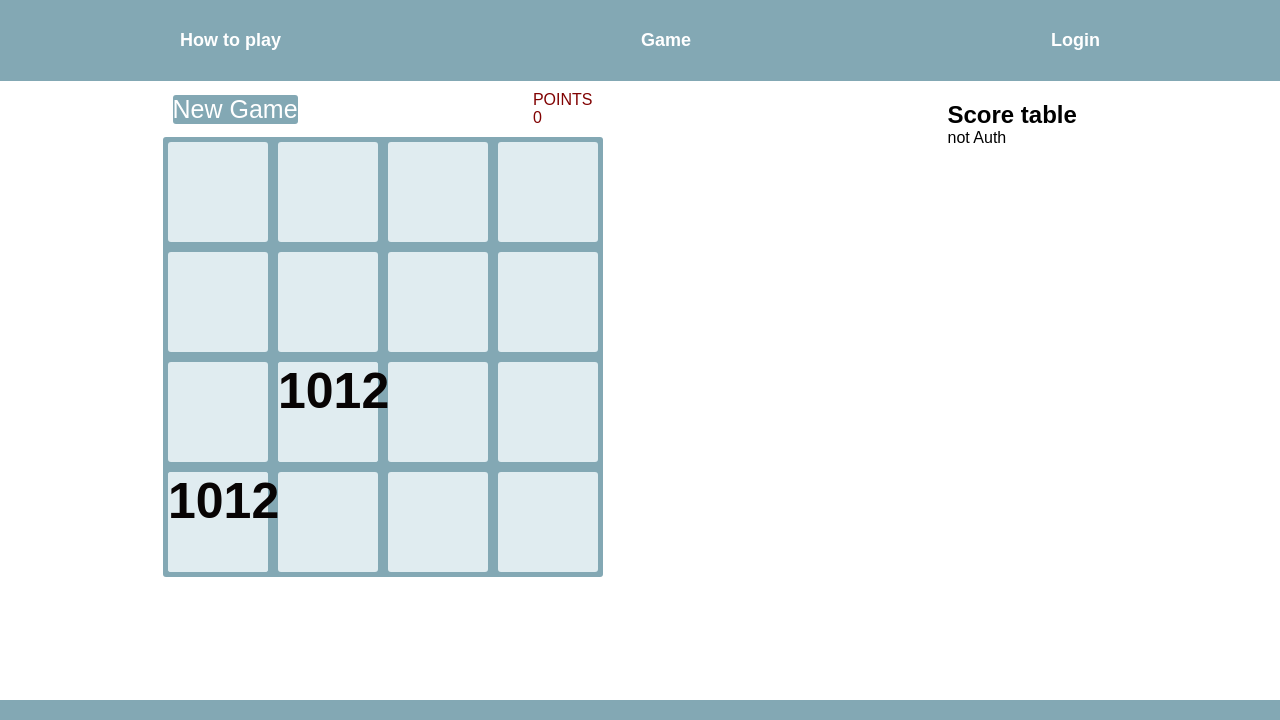
Repository: nika-otter/2048
Page: / (app in client/)
An editor plug-in stored every save of this project. The page is shown before and after the next save, followed by the edit.
The browser window is 1280 px wide. The pictures show the whole page.
The project was rebuilt for these pictures with package versions that can differ from the ones it lists, and the page was loaded fresh each time. Also part of the build but not shown: client/src/components/Login/LoginForm.js, client/src/pages/account/index.jsx, client/src/components/Game/GameOverlay.jsx, client/src/components/InstructionPage/InstructionPage.module.scss, client/src/components/HowToPlay/howtoplay.module.scss, client/src/components/HowToPlay/howtoplay.jsx, client/src/components/InstructionPage/InstructionPage.jsx, client/src/pages/Instruction/index.jsx and 4 more.

Above is the page before, as saved 2023-05-01 16:52:21.

### client/src/index.js
import React from "react";
import ReactDOM from "react-dom/client";
import "./index.css";
import App from "./App";
import { BrowserRouter } from "react-router-dom";
import Store from "./store/store";

const store = new Store();

export const Context = React.createContext({
  store,
});

const root = ReactDOM.createRoot(document.getElementById("root"));
root.render(
  <Context.Provider value={{ store }}>
    <BrowserRouter>
      <App />
    </BrowserRouter>
  </Context.Provider>
);

### client/src/index.css
* {
  box-sizing: border-box;
  margin: 0;
  padding: 0;
}
#root {
  width: 100vw;
  height: 100%;
}

body {
  /* background-color: #ffffff;
  display: flex;
  justify-content: center;
  align-items: center;*/
  /* height: 100vh; */
  height: 100%;
}
html {
  height: 100%;
}
code {
  font-family: source-code-pro, Menlo, Monaco, Consolas, "Courier New",
    monospace;
}

### client/src/App.js
import { useContext, useEffect, useState } from "react";
import "./App.css";
import LoginForm from "./components/Login/LoginForm";
import AppRouter from "./router/AppRouter";
import { Context } from "./index";
import { observer } from "mobx-react-lite";
import UserService from "./services/UserService";
function App() {
  // const { store } = useContext(Context);
  // const [users, setUsers] = useState([]);
  // useEffect(() => {
  //   if (localStorage.getItem("token")) {
  //     // console.log(localStorage.getItem("token"));
  //     store.checkAuth();
  //   }
  // }, []);

  // if (store.isLoading) {
  //   return <div>Loading...</div>;
  // }
  // async function getUsers() {
  //   try {
  //     const response = await UserService.fetchUsers();
  //     setUsers(response.data);
  //     console.log(response);
  //     setUsers(response.data);
  //   } catch {}
  // }
  return (
    <div className="App">
      <AppRouter />
      {/* <h1>{store.isAuth ? `User: ${store.user.email}` : "Not Auth"}</h1>
      <h1>
        {" "}
        {store.user.isActivated ? `Activated` : "Go and activate your email"}
      </h1>
      <button onClick={() => store.logout()}>Logout</button>
      <button onClick={getUsers}>Get users</button>
      {users.map((user) => (
        <div key={user.email}>{user.email}</div>
      ))}      */}
      {/* <LoginForm /> */}
    </div>
  );
}

export default observer(App);

### client/src/store/store.js
import { makeAutoObservable } from "mobx";
import AuthService from "../services/AuthService";
import axios from "axios";
import { API_URL } from "../http";
import UserService from "../services/UserService";

export default class Store {
  user = {};
  isAuth = false;
  isLoading = false;
  scores = {};
  constructor() {
    makeAutoObservable(this);
  }
  setAuth(bool) {
    this.isAuth = bool;
  }
  setUser(user) {
    this.user = user;
  }

  setLoading(bool) {
    this.isLoading = bool;
  }

  setScores(scores) {
    this.scores = scores;
  }

  async login(email, password) {
    console.log("login");
    try {
      const response = await AuthService.login(email, password);
      console.log(response);
      localStorage.setItem("token", response.data.accessToken);
      this.setAuth(true);
      this.setUser(response.data.user);
      console.log(response.data.user);
    } catch (e) {
      console.log(e.response?.data?.message);
    }
  }

  async registration(email, password) {
    try {
      const response = await AuthService.registration(email, password);
      console.log(response);
      localStorage.setItem("token", response.data.accessToken);
      this.setAuth(true);
      this.setUser(response.data.user);
    } catch (e) {
      console.log(e.response?.data?.message);
    }
  }

  async logout() {
    try {
      const response = await AuthService.logout();
      console.log(response);
      localStorage.removeItem("token", response.data.accessToken);
      this.setAuth(false);
      this.setUser({});
    } catch (e) {
      console.log(e.response?.data?.message);
    }
  }

  async checkAuth() {
    console.log("checkAuth");
    this.setLoading(true);
    try {
      const response = await axios.get(`${API_URL}/refresh`, {
        withCredentials: true,
      });
      console.log(response, "response checkAuth");
      console.log(
        response.data.accessToken,
        "response.data.accessToken checkAuth"
      );
      localStorage.setItem("token", response.data.accessToken);

      this.setAuth(true);
      this.setUser(response.data.user);
    } catch (e) {
      console.log(e.response?.data?.message);
    } finally {
      this.setLoading(false);
    }
  }

  async saveScore(email, score) {
    try {
      const response = await UserService.updateScore(email, score);
      //   this.scores = response.data.user.scores;
      console.log(response.data.user.scores);
    } catch (e) {
      console.log(e.response?.data?.message);
    }
  }
  async getScores(email) {
    this.setLoading(true);
    try {
      const response = await UserService.getScores(email);
      console.log(response, "response getScores store");
      this.setScores(response.data.user.scores);
      //   console.log(response.data.user.scores);
    } catch (e) {
      console.log(e.response?.data?.message);
    } finally {
      // this.setLoading(false);
    }
  }
}

### client/src/App.css
.App {
  /* position: relative; */
  display: flex;
  flex-direction: column;
  height: 100%;
  /* background-color: rgb(188, 121, 39); */
}
/* main {
  flex: 1 0 auto;
} */

### client/src/router/AppRouter.jsx
import { Routes, Route } from "react-router-dom";
import Account from "../pages/Account";
import Game from "../pages/Game";
import Instruction from "../pages/Instruction";
import Login from "../pages/Login";

const AppRouter = () => {
  return (
    <Routes>
      {/* <Route path="/game" element={<Game />} /> */}
      {/* <Route path="/account" element={<Account />} /> */}
      <Route path="/how-to-play" element={<Instruction />} />
      <Route path="/" element={<Game />} />
      <Route path="/login" element={<Login />} />
    </Routes>
  );
};

export default AppRouter;

### client/src/services/UserService.js
import $api from "../http";
export default class UserService {
  static fetchUsers() {
    return $api.get("/users");
  }

  static updateScore(email, score) {
    return $api.post(`/score`, { email, score });
  }

  static async getScores(email) {
    return $api.post(`/scores`, { email });
  }
}

### client/src/services/AuthService.js
import $api from "../http";
export default class AuthService {
  static async login(email, password) {
    return $api.post("/login", { email, password });
  }
  static async registration(email, password) {
    return $api.post("/registration", { email, password });
  }
  static async logout() {
    return $api.post("/logout");
  }
}

### client/src/http/index.js
import axios from "axios";

export const API_URL = "http://localhost:5000/api";

const $api = axios.create({
  withCredentials: true,
  baseURL: API_URL,
});

$api.interceptors.request.use((config) => {
  config.headers.Authorization = `Bearer ${localStorage.getItem("token")}`;
  return config;
});

$api.interceptors.response.use(
  (config) => {
    return config;
  },
  async (error) => {
    const originalRequest = error.config;
    if (
      error.response.status === 401 &&
      error.config &&
      !error.config._isRetry
    ) {
      originalRequest._isRetry = true;
      try {
        const response = await axios.get(`${API_URL}/refresh`, {
          withCredentials: true,
        });
        console.log(response, "response http");
        localStorage.setItem("token", response.data.accessToken);
        return $api.request(originalRequest);
      } catch (e) {
        console.log(e);
        console.log("НЕ АВТОРИЗОВАН");
      }
    }
    throw error;
  }
);
export default $api;

### client/src/pages/Game/index.jsx
import Header from "../../components/Header/Header";
import Footer from "../../components/Footer/Footer";
import GamePage from "../../components/GamePage/GamePage";

function Game() {
  return (
    <>
      <Header />
      <GamePage />
      <Footer />
    </>
  );
}

export default Game;

### client/src/components/Footer/Footer.jsx
import classes from "./Footer.module.scss";

function Footer() {
  return <footer className={classes.footer}></footer>;
}

export default Footer;

### client/src/components/Header/Header.jsx
import { Link } from "react-router-dom";
import classes from "./Header.module.scss";

function Header() {
  return (
    <header className={classes.header}>
      <Link className={classes.link} to="/how-to-play">
        How to play
      </Link>
      <Link className={classes.link} to="/">
        Game
      </Link>
      <Link className={classes.link} to="/login">
        Login
      </Link>
    </header>
  );
}

export default Header;

### client/src/components/GamePage/GamePage.jsx
import { Link } from "react-router-dom";
import classes from "./GamePage.module.scss";
import ScoreTable from "../ScoreTable/ScoreTable";
import BoardView from "../Game/Board";
import { observer } from "mobx-react-lite";
import { useContext, useEffect } from "react";
import { Context } from "../..";

function GamePage() {
  return (
    <main className={classes.main}>
      <div className={classes.gamepage}>
        <BoardView />
        <ScoreTable />
      </div>
    </main>
  );
}

export default observer(GamePage);

### client/src/components/Footer/Footer.module.scss
.footer {
  flex: 0 0 auto;
  height: 20px;
  background-color: rgb(131, 168, 180);
  width: 100%;
}

### client/src/components/Header/Header.module.scss
.header {
  display: flex;
  justify-content: space-around;
  background-color: #83a8b4;
  width: 100%;
}
.link {
  color: white;
  text-decoration: none;
  font-size: large;
  margin-top: 20px;
  margin-bottom: 20px;
  padding: 10px;
  font-weight: bold;
  border-radius: 5px;
  &:hover {
    color: rgb(106, 134, 144);
    background-color: rgb(255, 255, 255);
  }
}

### client/src/components/GamePage/GamePage.module.scss
.gamepage {
  display: flex;
  justify-content: space-around;
  //   background-color: aquamarine;
}
.main {
  flex: 1 0 auto;
}

### client/src/components/ScoreTable/ScoreTable.jsx
import { useContext, useEffect, useState } from "react";
import classes from "./ScoreTable.module.scss";
import { Context } from "../..";
import UserService from "../../services/UserService";
import { observer } from "mobx-react-lite";

function ScoreTable() {
  // const { store } = useContext(Context);
  // const [scores, setScores] = useState([]);

  // useEffect(() => {
  //   if (localStorage.getItem("token")) {
  //     console.log(localStorage.getItem("token"), "token from login index.jsx");
  //     store.checkAuth();
  //     getScores(store.user.email);
  //   }
  //   console.log(store.user.email, "store.user.email in ScoreTable.jsx");
  // }, []);

  // const getScores = async (email) => {
  //   console.log(email, "email in ScoreTable.jsx");
  //   try {
  //     const response = await UserService.getScores(email);
  //     setScores(response.data.scores, "response from getScores ScoreTable.jsx");
  //     console.log(response);
  //   } catch {
  //     console.log("Error");
  //   }
  // };
  // console.log(scores, "store.user in ScoreTable.jsx");

  const { store } = useContext(Context);
  // const [scores, setScores] = useState([]);
  // console.log(store.user.scores, "store.user from login index.jsx");
  useEffect(() => {
    if (localStorage.getItem("token")) {
      console.log(localStorage.getItem("token"), "token from login index.jsx");
      store.checkAuth();
    }
    console.log(store.user.email, "store.user.email in ScoreTable.jsx");
    // getScores(store.user.email);
  }, [store]);

  // async function getScores(email) {
  //   console.log(email, "email from getScores");
  //   try {
  //     const response = await UserService.getScores(email);
  //     // setUsers(response.data);
  //     console.log(response, "response from getScores");
  //     // console.log(response.data.data.user.scores, "response.data.user.scores");
  //     // setScores(response.data.scores);
  //   } catch (e) {
  //     console.log(e, "Error");
  //   }
  // }
  if (store.isLoading) {
    console.log(store.isLoading, "store.isLoading");
    return <div className={classes.loading}>Loading...</div>;
  }
  return (
    <div className={classes.scoretable}>
      <h2>Score table</h2>
      {/* <button onClick={() => getScores(store.user.email)}>Get scores</button> */}
      {/* {store.isAuth ? (
        scores.map((score) => <div key={score}>{score}</div>)
      ) : (
        <div>loading</div>
      )} */}
      <ul>
        {store.isAuth ? (
          store.user.scores
            .map((score) => ({
              score,
              id: Math.random(),
            }))
            .sort((a, b) => b.score - a.score)
            .slice(0, 10)
            .map((item) => <li key={item.id}>{item.score}</li>)
        ) : (
          <div>not Auth</div>
        )}
      </ul>

      {/* <button onClick={getScores}>dddmdmd</button> */}

      {/* {scores.map((score) => (
        <div>{score}</div>
      ))} */}
    </div>
  );
}

export default observer(ScoreTable);

### client/src/components/Game/Board.jsx
import React, { useContext, useEffect, useState } from "react";
import Tile from "./Tile";
import Cell from "./Cell";
import { Board } from "../../helper";
import useEvent from "../../hooks/useEvent";
import GameOverlay from "./GameOverlay";
import "./Board.scss";
import { Context } from "../..";
import UserService from "../../services/UserService";
const BoardView = () => {
  const { store } = useContext(Context);
  const [board, setBoard] = useState(new Board());

  // useEffect(() => {
  //   const checkAuth = async () => {
  //     if (localStorage.getItem("token")) {
  //       console.log(localStorage.getItem("token"), "token from login index.jsx");
  //       await store.checkAuth();
  //     }
  //   };
  //   checkAuth();
  //   console.log(store.user.email, "store.user.email in ScoreTable.jsx");
  //   // getScores(store.user.email);
  // }, [resetGame]);

  const handleKeyDown = (event) => {
    if (board.hasWon()) {
      return;
    } //потім вернути треба

    if (event.keyCode >= 37 && event.keyCode <= 40) {
      let direction = event.keyCode - 37;
      let boardClone = Object.assign(Object.create(board), board);
      // let boardClone = Object.assign(
      //   Object.create(Object.getPrototypeOf(board)),
      //   board
      // ); // теж саме що і вище
      let newBoard = boardClone.move(direction);
      setBoard(newBoard);
    }
  };

  useEvent("keydown", handleKeyDown);

  const cells = board.cells.map((row, rowIndex) => {
    return (
      <div key={rowIndex}>
        {row.map((col, colIndex) => {
          return <Cell key={rowIndex * board.size + colIndex} />;
        })}
      </div>
    );
  }); //робить клітинки нічого серйозного

  const tiles = board.tiles
    .filter((tile) => tile.value !== 0)
    .map((tile, index) => {
      return <Tile tile={tile} key={index} />;
    });

  const saveScore = async (email, score) => {
    try {
      const response = await UserService.updateScore(email, score);
      console.log(response, "response from saveScore ");
    } catch {
      console.log("Error");
    }
  };
  const resetGame = async () => {
    console.log(
      store.user.email,
      board.score,
      "store.user.email board.score from BoardView.jsx"
    );
    if (board.score > 0) {
      await saveScore(store.user.email, board.score);
      store.checkAuth();
    }
    setBoard(new Board());
  };

  return (
    <div>
      <div className="details-box">
        <div className="resetButton" onClick={resetGame}>
          New Game
        </div>
        <div className="score-box">
          <div className="score-header">POINTS</div>
          <div>{board.score}</div>
        </div>
      </div>
      <div className="board">
        {cells}
        {tiles}
        <GameOverlay onRestart={resetGame} board={board} />
      </div>
    </div>
  );
};

export default BoardView;

### client/src/components/ScoreTable/ScoreTable.module.scss
.scoretable {
  margin: 20px;
  width: 150px;
}
.loading {
  width: 150px;
  margin: 20px;
}

### client/src/components/Game/Tile.jsx
import React from "react";
// import classes from "./Board.scss";
import "./Board.scss";
// import "./styles.scss";

const Tile = ({ tile, id }) => {
  console.log("tile");
  let classArray = ["tile"];
  classArray.push("tile" + tile.value);
  if (!tile.mergedInto) {
    classArray.push(`position_${tile.row}_${tile.column}`);
  }
  if (tile.mergedInto) {
    classArray.push("merged");
  }
  if (tile.isNew()) {
    classArray.push("new");
  }

  if (tile.hasMoved()) {
    classArray.push(`row_from_${tile.fromRow()}_to_${tile.toRow()}`);
    classArray.push(`column_from_${tile.fromColumn()}_to_${tile.toColumn()}`);
    classArray.push("isMoving");
  }
  //   if (tile.isRandom()) {
  //     classArray.push("random");
  //   }

  let styles = classArray.join(" ");
  return <span className={styles}>{tile.value}</span>;
};

export default Tile;

### client/src/components/Game/Cell.jsx
import React from "react";

const Cell = ({ id }) => {
  return <span className="cell"></span>;
};

export default Cell;

### client/src/hooks/useEvent.jsx
import { useEffect } from "react";

export default function useEvent(event, handler, passive = false) {
  useEffect(() => {
    window.addEventListener(event, handler, passive);

    return function cleanUp() {
      window.removeEventListener(event, handler, passive);
    };
  });
}

### client/src/components/Game/Board.scss
// @font-face {
//   font-family: "Clear Sans";
//   src: url("../src/clear-sans.ttf") format("truetype");
// }

body {
  display: flex;
  //   background: rgb(2,0,36);
  // background: linear-gradient(90deg, rgba(2,0,36,1) 0%, rgba(87,64,124,1) 47%, rgba(0,212,255,1) 100%);
  //   color: white;
  // flex-direction: column;
  // justify-content: center;
  // align-content: center;
  // align-items: center;
  font-family: "Clear Sans", sans-serif;
  // font-size: 21px;
}

.text {
  // order: 2;
  // padding-top: 40px;
  // width: 440px;
  // font-weight: bold;
}
// main {
//   min-height: 90vh;
// }

// .wrapper {
//   display: flex;
//   flex-direction: column;
//   height: 100%;
// }
// .content {
//   flex: 1 0 auto;
// }
// .footer {
//   flex: 0 0 auto;
// }

.board {
  // order: 1;
  // display: inline-block;

  display: block;
  // justify-content: center;
  margin-left: auto;
  margin-right: auto;
  width: 440px;
  height: 440px;
  // padding: 5px; //вернути треба
  background-color: rgb(131, 168, 180);
  border-radius: 3px;
  // outline: none;
  position: relative;
}

// .board .cell,
// .tile {
//   // user-select: none;
//   // cursor: default;
// }

.details-box {
  display: flex;
  align-items: center;
  padding: 10px;
  justify-content: space-between;
}

.resetButton {
  background-color: rgb(131, 168, 180);
  color: rgb(255, 255, 255);
  cursor: pointer;
  font-size: 25px;
  // padding: 10px 20px;
  border-radius: 3px;
  transition: color 0.3s ease, background-color 0.3s ease;
  &:hover {
    background-color: rgb(131, 168, 180);
    color: rgba(255, 255, 255, 1);
  }
}

.score-header {
  font-size: 1rem;
}

.score-box {
  background-color: rgb(131, 168, 180) 6;
  color: rgb(129, 2, 2);
  // min-width: 50px;
  // width: 70px;
  // padding: 5px 15px;
  border-radius: 3px;
}

.cell,
.tile {
  // display: inline-block;
  width: 100px;
  height: 100px;
  margin: 5px;
  // line-height: 90px;
  display: inline-block;
  font-size: 50px;
  font-weight: bold;
  text-align: center;
  vertical-align: middle;
  border-radius: 3px;
  // font-family: "Clear Sans";
  color: rgb(8, 4, 4);
  background-color: rgb(224, 236, 240);
}

.tile0 {
  background-color: rgb(238, 247, 249);
}

.tile2 {
  background-color: rgb(224, 240, 245);
  // background-image: url(./assets/img/2.gif);
}

.tile4 {
  background-color: rgb(199, 221, 228);
  // background-image: url(./assets/img/4.gif);
}

.tile8 {
  background-color: rgb(187, 212, 220);
  // background-image: url(./assets/img/8.gif);
}

.tile16 {
  background-color: rgb(171, 195, 203);
  // background-image: url(./assets/img/16.gif);
}

.tile32 {
  background-color: rgb(140, 165, 174);
  // background-image: url(./assets/img/32.gif);
}

.tile64 {
  background-color: rgb(116, 144, 153);
  // background-image: url(./assets/img/64.gif);
}

.tile128 {
  background-color: rgb(98, 125, 134);
  // background-image: url(./assets/img/128.gif);
}

.tile256 {
  background-color: rgb(71, 91, 98);
  // background-image: url(./assets/img/256.gif);
  font-size: 45px;
}

.tile512 {
  background-color: rgb(45, 68, 75);
  // background-image: url(./assets/img/512.gif);
  font-size: 45px;
}

.tile1024 {
  background-color: rgb(40, 68, 78);
  // background-image: url(./assets/img/1024.gif);
  font-size: 20px;
}

.tile2048 {
  position: absolute;
  background-size: contain;
  left: 0;
  right: 0;
  top: 0;
  bottom: 0;
  padding: 0px;
  background-color: rgb(12, 42, 52);
  // background-image: url(./assets/img/2048.gif);
  font-size: 35px;
}

.try-again {
  z-index: 10;
  height: 100px;
  width: 100px;
  // background-image: url(./assets/img/try-again.gif);
}

.tile {
  position: absolute;
}

.tile.merged {
  display: none;
}

// .tile.merged.isMoving {
//   display: inline;
// }

.tile.new {
  animation-duration: 0.3s;
  animation-name: newTile;
  animation-fill-mode: forwards;
  // animation-delay: 0.15s;
  transform: scale(0);
}
// .tile.random {
//   animation-duration: 3s;
//   animation-name: newTile;
//   animation-fill-mode: forwards;
//   // animation-delay: 0.15s;
//   transform: scale(0);
// }

@keyframes newTile {
  from {
    transform: scale(0);
  }
  to {
    transform: scale(1);
  }
}

// .overlay {
//   position: absolute;
//   top: 0px;
//   bottom: 0px;
//   display: flex;
//   flex-direction: column;
//   align-items: center;
//   justify-content: center;
//   text-align: center;
//   left: 0px;
//   right: 0px;
//   font-size: 55px;
//   font-weight: bolder;
//   border-radius: 7px;
// }

// .tryAgain {
//   background-color: #876;
//   color: #fff;
//   height: 40px;
//   width: 200px;
//   font-size: 20px;
//   font-weight: bold;
//   cursor: pointer;
//   border: none;
//   border-radius: 5px;
//   border: 2px solid white;
// }

// .gameOver {
//   background-size: contain;
//   background-image: url(./assets/img/game-over.gif);
//   position: absolute;
//   top: 0;
//   right: 0;
//   bottom: 0;
//   left: 0;
//   z-index: 100;
//   text-align: center;
// }

.overlay .message {
  color: #666;
}

@for $row from 0 through 3 {
  @for $column from 0 through 3 {
    .position_#{$row}_#{$column}:not(.isMoving) {
      top: 110px * $row;
      left: 110px * $column;
    }
  }
}

@for $fromRow from 0 through 3 {
  @for $toRow from 0 through 3 {
    $name: row_from_#{$fromRow}_to_#{$toRow};

    @if $fromRow == $toRow {
      .#{$name} {
        top: 110px * $toRow;
      }
    } @else {
      .#{$name} {
        animation-duration: 0.2s;
        animation-name: $name;
        animation-fill-mode: forwards;
      }

      @keyframes #{$name} {
        from {
          top: 110px * $fromRow;
        }
        to {
          top: 110px * $toRow;
        }
      }
    }
  }
}

@for $fromColumn from 0 through 3 {
  @for $toColumn from 0 through 3 {
    $name: column_from_#{$fromColumn}_to_#{$toColumn};

    @if $fromColumn == $toColumn {
      .#{$name} {
        left: 110px * $toColumn;
      }
    } @else {
      .#{$name} {
        animation-duration: 0.2s;
        animation-name: $name;
        animation-fill-mode: forwards;
      }

      @keyframes #{$name} {
        from {
          left: 110px * $fromColumn;
        }
        to {
          left: 110px * $toColumn;
        }
      }
    }
  }
}

Loaded but not shown: client/public/index.html (common file); client/src/helper/index.js (231 lines, source omitted)

After the next save:
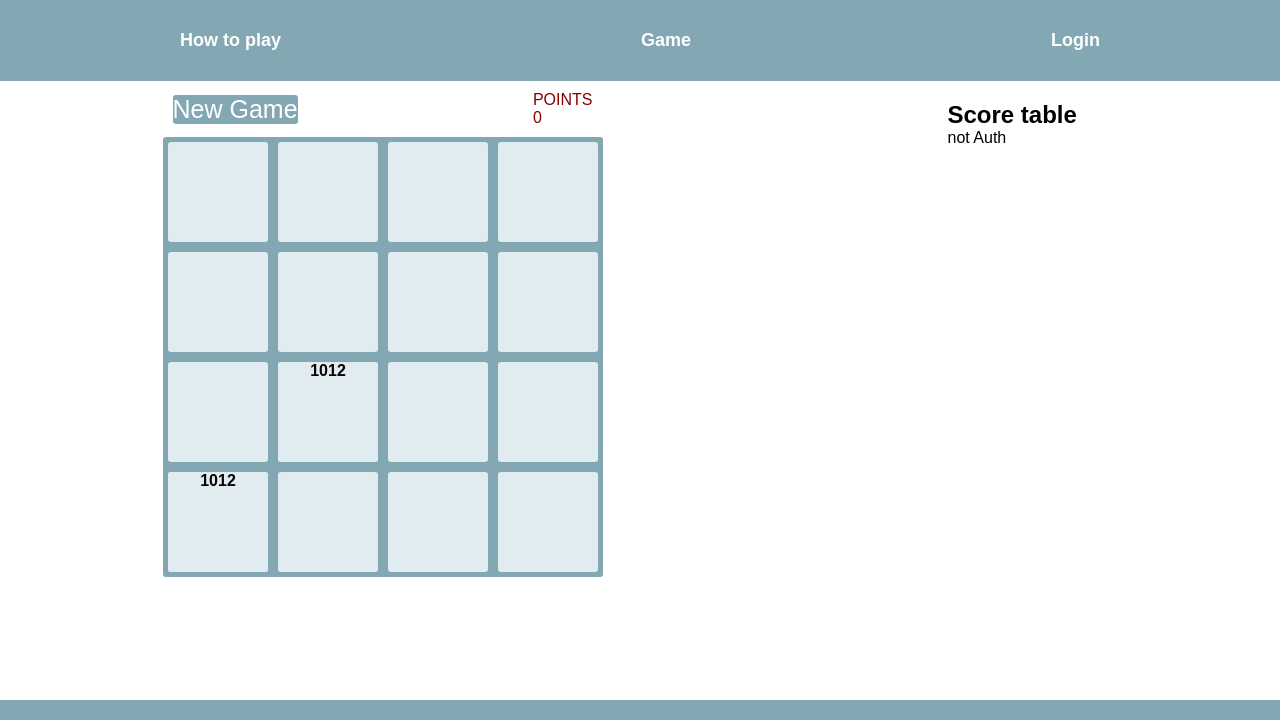
Saved 17 s later.
--- a/client/src/components/Game/Board.scss
+++ b/client/src/components/Game/Board.scss
@@ -103,7 +103,7 @@ body {
   margin: 5px;
   // line-height: 90px;
   display: inline-block;
-  font-size: 50px;
+  // font-size: 50px;
   font-weight: bold;
   text-align: center;
   vertical-align: middle;
